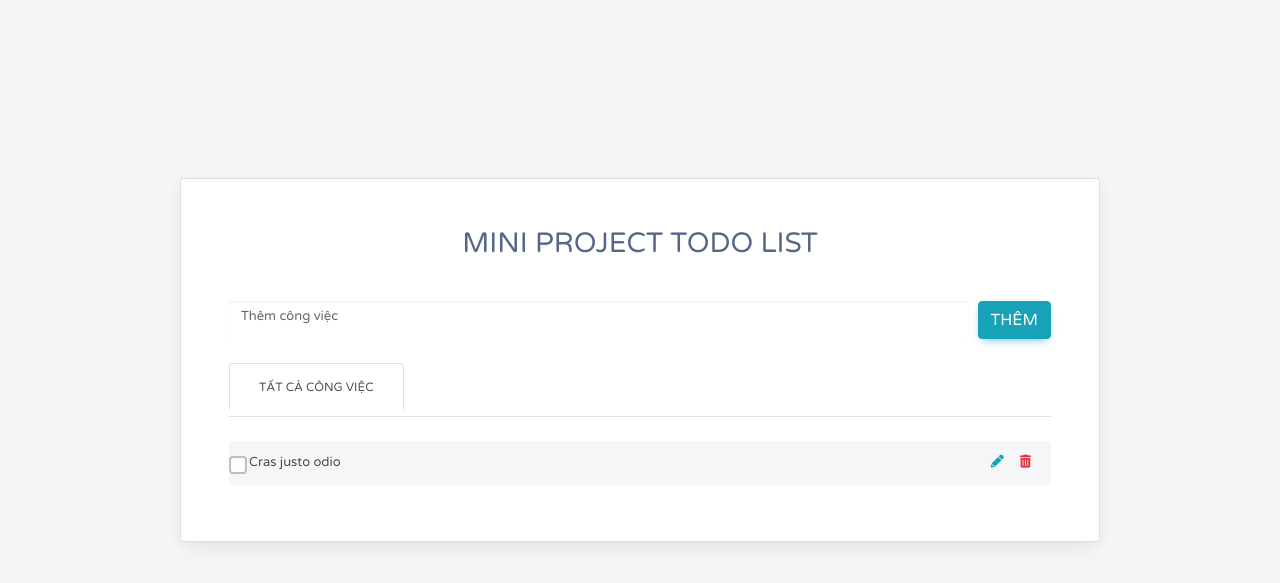
Repository: TinhTT336/MD02_Session06
Page: /
These files come from the project's save history. The page is drawn as it stood at one moment and after the next save; the edit follows.
The browser window is 1280 px wide. The pictures show the whole page.
Some web libraries are served in a nearby version. The project was rebuilt for these pictures with package versions that can differ from the ones it lists, and the page was loaded fresh each time. Also part of the build but not shown: vite.config.js, src/App.css, src/mini_project/TodoList.jsx, src/mini_project/Todo.jsx, src/base/Input.jsx, src/base/Radio.jsx, src/base/Checkbox.jsx, src/Homework/AddModal.jsx and 11 more.

Above is the page before, as saved 2023-09-04 16:32:52.

### index.html
<!doctype html>
<html lang="en">

<head>
  <meta charset="UTF-8" />
  <link rel="icon" type="image/svg+xml" href="/vite.svg" />
  <meta name="viewport" content="width=device-width, initial-scale=1.0" />
  <title>Vite + React</title>
  <link href="https://cdnjs.cloudflare.com/ajax/libs/font-awesome/6.0.0/css/all.min.css" rel="stylesheet" />
  <link href="https://fonts.googleapis.com/css?family=Roboto:300,400,500,700&display=swap" rel="stylesheet" />
  <link href="https://cdnjs.cloudflare.com/ajax/libs/mdb-ui-kit/6.2.0/mdb.min.css" rel="stylesheet" />
  <link rel="stylesheet" href="https://fonts.googleapis.com/css?family=Roboto|Varela+Round">
  <link rel="stylesheet" href="https://stackpath.bootstrapcdn.com/bootstrap/4.5.0/css/bootstrap.min.css">
  <link rel="stylesheet" href="https://fonts.googleapis.com/icon?family=Material+Icons">
  <link rel="stylesheet" href="https://maxcdn.bootstrapcdn.com/font-awesome/4.7.0/css/font-awesome.min.css">
  <link rel="stylesheet" href="./public/css/index.css">

</head>

<body>
  <div id="root"></div>
  <script type="module" src="/src/main.jsx"></script>
</body>

</html>

### public/css/index.css
body {
	color: #566787;
	background: #f5f5f5;
	font-family: 'Varela Round', sans-serif;
	font-size: 13px;
}

.table-responsive {
	margin: 30px 0;
}

.table-wrapper {
	background: #fff;
	padding: 20px 25px;
	border-radius: 3px;
	min-width: 1000px;
	box-shadow: 0 1px 1px rgba(0, 0, 0, .05);
}

.table-title {
	padding-bottom: 15px;
	background: #435d7d;
	color: #fff;
	padding: 16px 30px;
	min-width: 100%;
	margin: -20px -25px 10px;
	border-radius: 3px 3px 0 0;
}

.table-title h2 {
	margin: 5px 0 0;
	font-size: 24px;
}

.table-title .btn-group {
	float: right;
}

.table-title .btn {
	color: #fff;
	float: right;
	font-size: 13px;
	border: none;
	min-width: 50px;
	border-radius: 2px;
	border: none;
	outline: none !important;
	margin-left: 10px;
}

.table-title .btn i {
	float: left;
	font-size: 21px;
	margin-right: 5px;
}

.table-title .btn span {
	float: left;
	margin-top: 2px;
}

table.table tr th,
table.table tr td {
	border-color: #e9e9e9;
	padding: 12px 15px;
	vertical-align: middle;
}

table.table tr th:first-child {
	width: 60px;
}

table.table tr th:last-child {
	width: 100px;
}

table.table-striped tbody tr:nth-of-type(odd) {
	background-color: #fcfcfc;
}

table.table-striped.table-hover tbody tr:hover {
	background: #f5f5f5;
}

table.table th i {
	font-size: 13px;
	margin: 0 5px;
	cursor: pointer;
}

table.table td:last-child i {
	opacity: 0.9;
	font-size: 22px;
	margin: 0 5px;
}

table.table td a {
	font-weight: bold;
	color: #566787;
	display: inline-block;
	text-decoration: none;
	outline: none !important;
}

table.table td a:hover {
	color: #2196F3;
}

table.table td a.edit {
	color: #FFC107;
}

table.table td a.delete {
	color: #F44336;
}

table.table td i {
	font-size: 19px;
}

table.table .avatar {
	border-radius: 50%;
	vertical-align: middle;
	margin-right: 10px;
}

.pagination {
	float: right;
	margin: 0 0 5px;
}

.pagination li a {
	border: none;
	font-size: 13px;
	min-width: 30px;
	min-height: 30px;
	color: #999;
	margin: 0 2px;
	line-height: 30px;
	border-radius: 2px !important;
	text-align: center;
	padding: 0 6px;
}

.pagination li a:hover {
	color: #666;
}

.pagination li.active a,
.pagination li.active a.page-link {
	background: #03A9F4;
}

.pagination li.active a:hover {
	background: #0397d6;
}

.pagination li.disabled i {
	color: #ccc;
}

.pagination li i {
	font-size: 16px;
	padding-top: 6px
}

.hint-text {
	float: left;
	margin-top: 10px;
	font-size: 13px;
}

/* Custom checkbox */
.custom-checkbox {
	position: relative;
}

.custom-checkbox input[type="checkbox"] {
	opacity: 0;
	position: absolute;
	margin: 5px 0 0 3px;
	z-index: 9;
}

.custom-checkbox label:before {
	width: 18px;
	height: 18px;
}

.custom-checkbox label:before {
	content: '';
	margin-right: 10px;
	display: inline-block;
	vertical-align: text-top;
	background: white;
	border: 1px solid #bbb;
	border-radius: 2px;
	box-sizing: border-box;
	z-index: 2;
}

.custom-checkbox input[type="checkbox"]:checked+label:after {
	content: '';
	position: absolute;
	left: 6px;
	top: 3px;
	width: 6px;
	height: 11px;
	border: solid #000;
	border-width: 0 3px 3px 0;
	transform: inherit;
	z-index: 3;
	transform: rotateZ(45deg);
}

.custom-checkbox input[type="checkbox"]:checked+label:before {
	border-color: #03A9F4;
	background: #03A9F4;
}

.custom-checkbox input[type="checkbox"]:checked+label:after {
	border-color: #fff;
}

.custom-checkbox input[type="checkbox"]:disabled+label:before {
	color: #b8b8b8;
	cursor: auto;
	box-shadow: none;
	background: #ddd;
}

/* Modal styles */
.modal .modal-dialog {
	max-width: 400px;
}

.modal .modal-header,
.modal .modal-body,
.modal .modal-footer {
	padding: 20px 30px;
}

.modal .modal-content {
	border-radius: 3px;
	font-size: 14px;
}

.modal .modal-footer {
	background: #ecf0f1;
	border-radius: 0 0 3px 3px;
}

.modal .modal-title {
	display: inline-block;
}

.modal .form-control {
	border-radius: 2px;
	box-shadow: none;
	border-color: #dddddd;
}

.modal textarea.form-control {
	resize: vertical;
}

.modal .btn {
	border-radius: 2px;
	min-width: 100px;
}

.modal form label {
	font-weight: normal;
}

### src/App.jsx
import { useState } from "react";
import reactLogo from "./assets/react.svg";
import viteLogo from "/vite.svg";
import "./App.css";
import TodoList from "./mini_project/TodoList";
import Todo from "./mini_project/Todo";
import Input from "./base/Input";
import Radio from "./base/Radio";
import Checkbox from "./base/Checkbox";
import Index from "./Homework/Index";
import Index_Manager from "./ManagerStudent/Index_Manager";
import Todos from "./mini_project/Todos";
import TodoJob from "./mini_project/TodoJob";

function App() {
  const [count, setCount] = useState(0);

  return (
    <>
      {/* <TodoList /> */}
      {/* <Todo /> */}
      {/* <Input /> */}
      {/* <Radio /> */}
      {/* <Checkbox /> */}
      {/* <Index /> */}
      {/* <Index_Manager /> */}
      {/* <Todos /> */}
      <TodoJob />
    </>
  );
}

export default App;

### src/mini_project/TodoJob.jsx
import React from 'react'

export default function TodoJob() {
    return (
        <div>
            <section className="vh-100 gradient-custom">
                <div className="container py-5 h-100">
                    <div
                        className="row d-flex justify-content-center align-items-center
              h-100"
                    >
                        <div className="col col-xl-10">
                            <div className="card">
                                <div className="card-body p-5">
                                    <h3 style={{ textAlign: "center", marginBottom: 40 }}>
                                        MINI PROJECT TODO LIST
                                    </h3>
                                    <form
                                        className="d-flex justify-content-center
                              align-items-center mb-4"
                                    >
                                        <div className="form-outline flex-fill">
                                            <input type="text" id="form2" className="form-control" />
                                            <label className="form-label" htmlFor="form2">
                                                Thêm công việc
                                            </label>
                                        </div>
                                        <button
                                            type="submit"
                                            className="btn btn-info
                                  ms-2"
                                        >
                                            Thêm
                                        </button>
                                    </form>
                                    {/* Tabs navs */}
                                    <ul className="nav nav-tabs mb-4 pb-2" id="ex1" role="tablist">
                                        <li className="nav-item" role="presentation">
                                            <a className="nav-link active">Tất cả công việc</a>
                                        </li>
                                    </ul>
                                    {/* Tabs navs */}
                                    {/* Tabs content */}
                                    <div className="tab-content">
                                        <div className="tab-pane fade show active">
                                            <ul className="list-group mb-0">
                                                <li
                                                    className="list-group-item d-flex
                                          align-items-center border-0 mb-2
                                          rounded justify-content-between"
                                                    style={{ backgroundColor: "#f4f6f7" }}
                                                >
                                                    <div>
                                                        <input
                                                            className="form-check-input
                                                  me-2"
                                                            type="checkbox"
                                                        />
                                                        <span>Cras justo odio</span>
                                                    </div>
                                                    <div>
                                                        <a href="#!" className="text-info" title="Sửa công việc">
                                                            <i
                                                                className="fas
                                                      fa-pencil-alt
                                                      me-3"
                                                            />
                                                        </a>
                                                        <a
                                                            className="text-danger"
                                                            title="Xóa công việc"
                                                        >
                                                            <i
                                                                className="fas
                                                      fa-trash-alt"
                                                            />
                                                        </a>
                                                    </div>
                                                </li>
                                            </ul>
                                        </div>
                                    </div>
                                    {/* Tabs content */}
                                </div>
                            </div>
                        </div>
                    </div>
                </div>
            </section>

        </div>
    )
}

Loaded but not shown: src/main.jsx (common file)

After the next save:
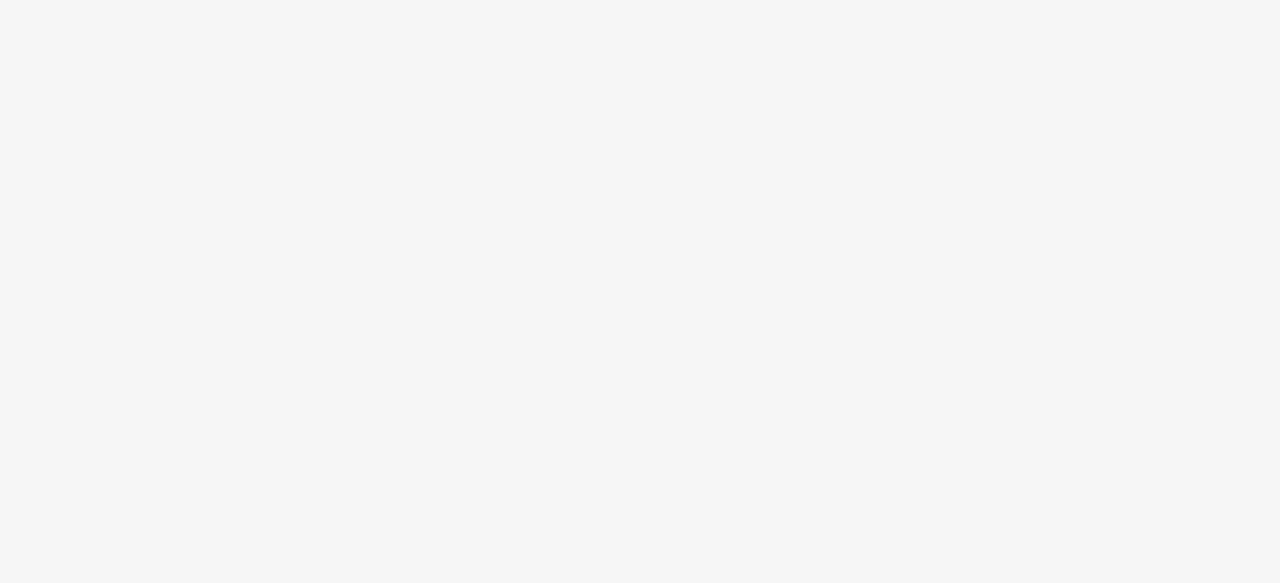
Console error (its wording comes from the project's code and is left out).
Saved 2 min 27 s later.
--- a/src/mini_project/TodoJob.jsx
+++ b/src/mini_project/TodoJob.jsx
@@ -1,6 +1,11 @@
 import React from 'react'
 
 export default function TodoJob() {
+    const [job, setJob] = ("");
+    const [listJob, setListJob] = (() => {
+        const jobs = JSON.parse(localStorage.getItem("listJob")) || [];
+        return jobs;
+    })
     return (
         <div>
             <section className="vh-100 gradient-custom">
@@ -20,7 +25,7 @@
                               align-items-center mb-4"
                                     >
                                         <div className="form-outline flex-fill">
-                                            <input type="text" id="form2" className="form-control" />
+                                            <input type="text" id="form2" className="form-control" value={job} onChange={(e) => setJob(e.target.value)} />
                                             <label className="form-label" htmlFor="form2">
                                                 Thêm công việc
                                             </label>

After the 6 saves that followed:
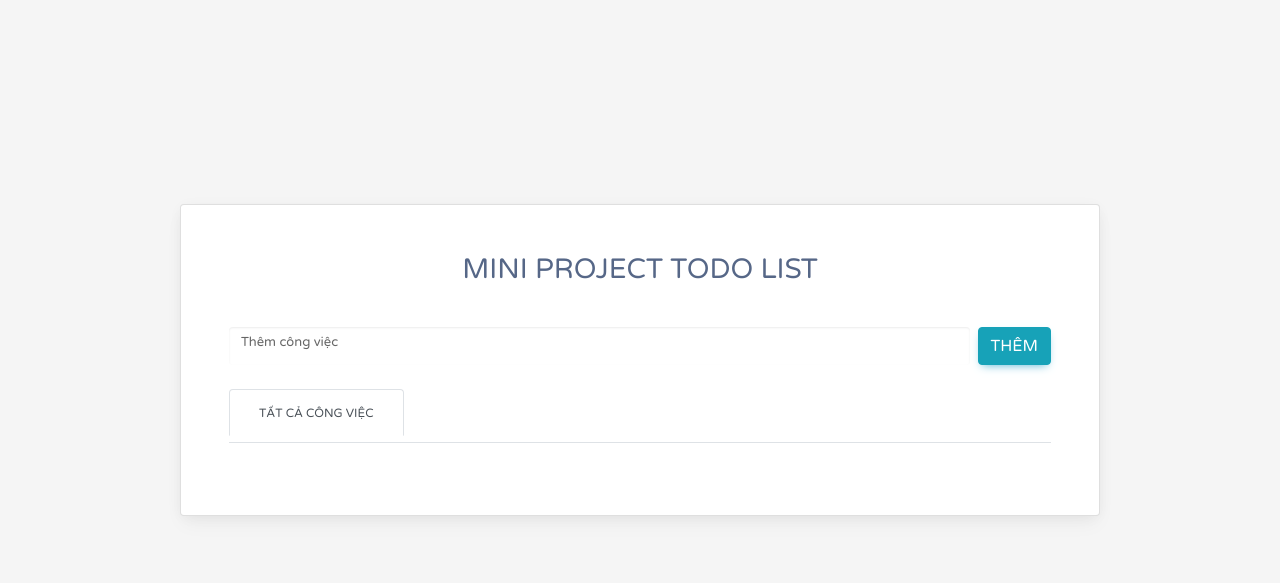
The error is gone.
The 6 saves are shown as one change because 1 did not build or start and 4 left the picture as it was.
The last was saved 7 min 7 s later.
--- a/src/mini_project/TodoJob.jsx
+++ b/src/mini_project/TodoJob.jsx
@@ -1,11 +1,23 @@
-import React from 'react'
+import React, { useState } from 'react'
 
 export default function TodoJob() {
-    const [job, setJob] = ("");
-    const [listJob, setListJob] = (() => {
+    const [job, setJob] = useState("");
+    const [listJob, setListJob] = useState(() => {
         const jobs = JSON.parse(localStorage.getItem("listJob")) || [];
         return jobs;
     })
+    // ham add
+    const addJob = () => {
+        const newJob = {
+            id: Date.now(),
+            title: job,
+            status: false,
+        }
+        const newList = [...listJob, newJob];
+        setListJob(newList);
+        localStorage.setItem("listJob", JSON.stringify(newList));
+        setJob("");
+    }
     return (
         <div>
             <section className="vh-100 gradient-custom">
@@ -30,7 +42,7 @@
                                                 Thêm công việc
                                             </label>
                                         </div>
-                                        <button
+                                        <button onClick={addJob}
                                             type="submit"
                                             className="btn btn-info
                                   ms-2"
@@ -49,39 +61,44 @@
                                     <div className="tab-content">
                                         <div className="tab-pane fade show active">
                                             <ul className="list-group mb-0">
-                                                <li
-                                                    className="list-group-item d-flex
+                                                {/* {listJob.length === 0 ? (<li>Chua co Job nao</li>) : ( */}
+                                                {listJob.map(j => (
+                                                    <li
+                                                        className="list-group-item d-flex
                                           align-items-center border-0 mb-2
                                           rounded justify-content-between"
-                                                    style={{ backgroundColor: "#f4f6f7" }}
-                                                >
-                                                    <div>
-                                                        <input
-                                                            className="form-check-input
+                                                        style={{ backgroundColor: "#f4f6f7" }}
+                                                    >
+                                                        <div>
+                                                            <input
+                                                                className="form-check-input
                                                   me-2"
-                                                            type="checkbox"
-                                                        />
-                                                        <span>Cras justo odio</span>
-                                                    </div>
-                                                    <div>
-                                                        <a href="#!" className="text-info" title="Sửa công việc">
-                                                            <i
-                                                                className="fas
+                                                                type="checkbox"
+                                                            />
+                                                            <span>{j.title}</span>
+                                                        </div>
+                                                        <div>
+                                                            <a href="#!" className="text-info" title="Sửa công việc">
+                                                                <i
+                                                                    className="fas
                                                       fa-pencil-alt
                                                       me-3"
-                                                            />
-                                                        </a>
-                                                        <a
-                                                            className="text-danger"
-                                                            title="Xóa công việc"
-                                                        >
-                                                            <i
-                                                                className="fas
+                                                                />
+                                                            </a>
+                                                            <a
+                                                                className="text-danger"
+                                                                title="Xóa công việc"
+                                                            >
+                                                                <i
+                                                                    className="fas
                                                       fa-trash-alt"
-                                                            />
-                                                        </a>
-                                                    </div>
-                                                </li>
+                                                                />
+                                                            </a>
+                                                        </div>
+                                                    </li>
+                                                ))
+                                                }
+                                                {/* )} */}
                                             </ul>
                                         </div>
                                     </div>
